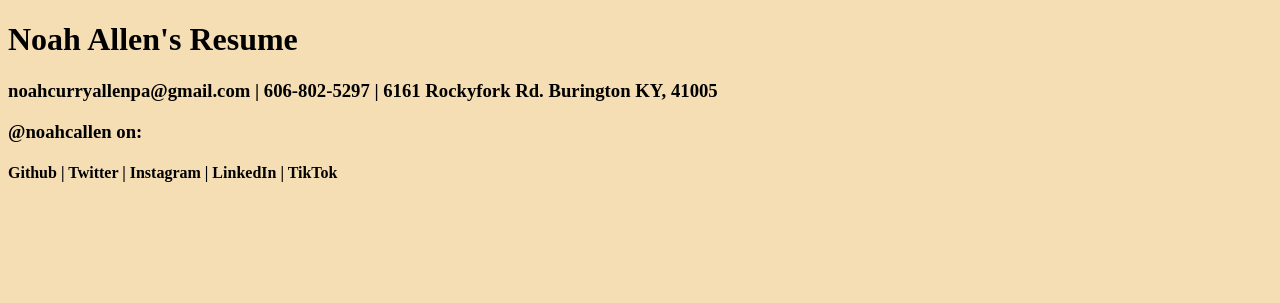
Repository: noahcallen/LAB-HTML-Resume
Page: index.html
These files come from the project's save history. The page is drawn as it stood at one moment and after the next save; the edit follows.
The browser window is 1280 px wide. The pictures show the whole page.

Above is the page before, as saved 2024-07-08 21:26:16.

After the next save:
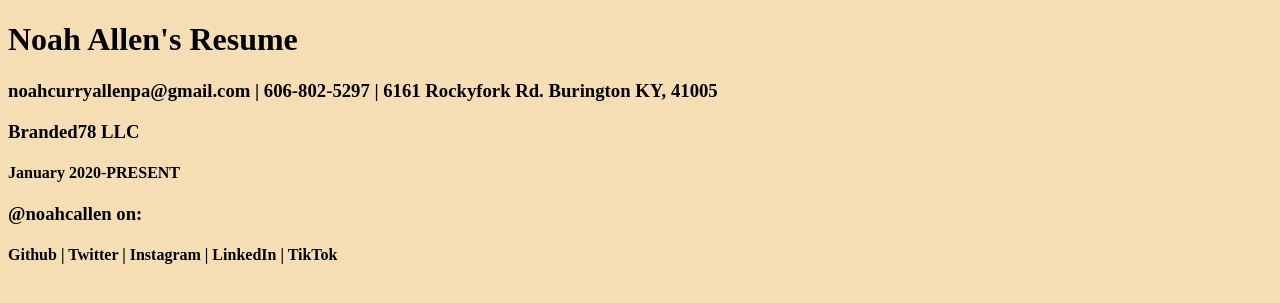
Saved 2 s later.
--- a/index.html
+++ b/index.html
@@ -15,7 +15,8 @@
   </div>
 
   <article id="Job1">
-    <h3></h3>
+    <h3>Branded78 LLC</h3>
+    <h4>January 2020-PRESENT</h4>
     <section>
 
     </section>
